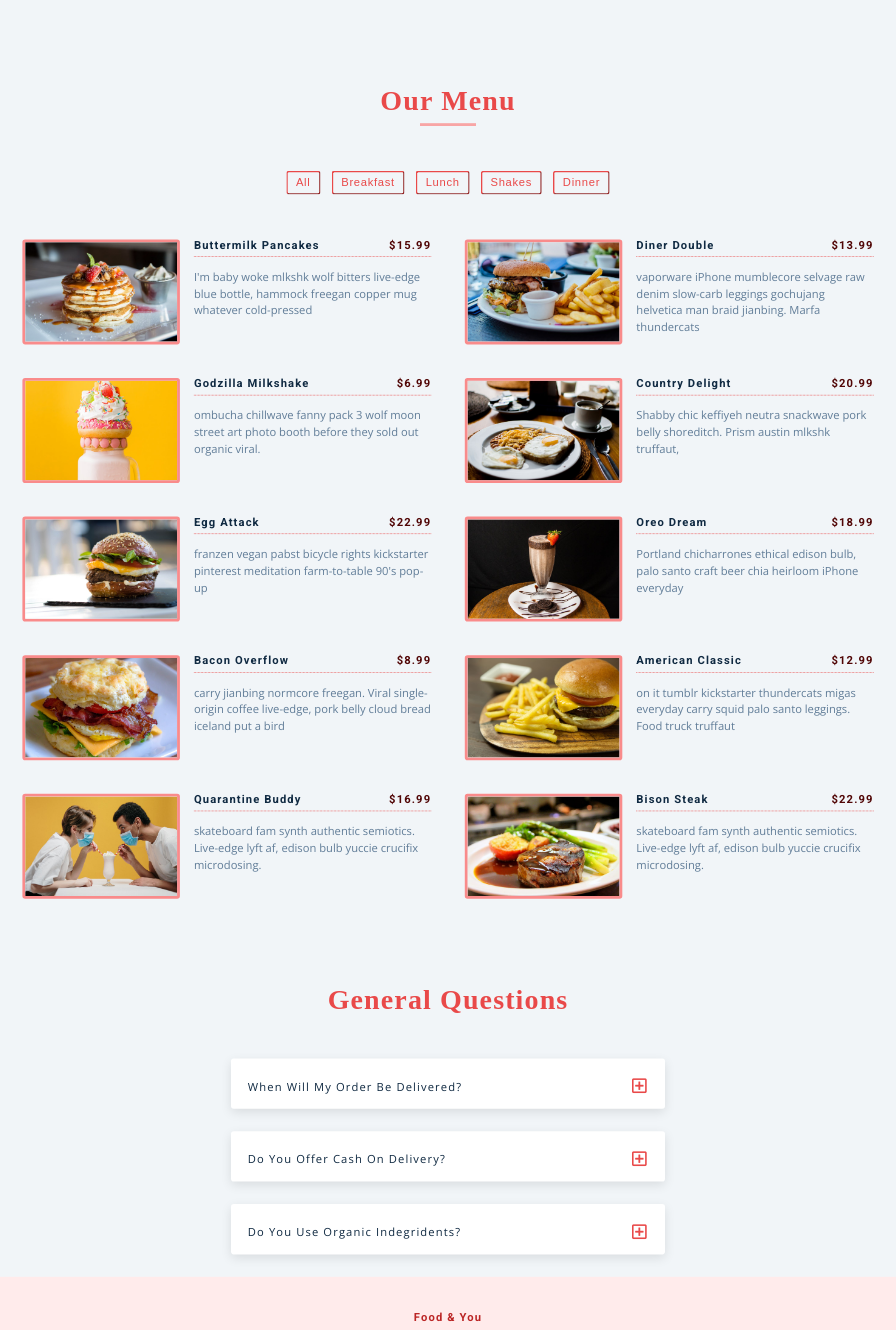
Repository: xoshiraghavx/Food-you
Page: index.html
These files come from the project's save history. The page is drawn as it stood at one moment and after a run of saves; the edit follows.
The browser window is 1280 px wide. The pictures show the part of the page from y = 720 to 2620 px (the page is 2805 px tall before and 2973 px after), at 70% of full size.
Some web libraries are served in a nearby version.

Above is the page before, as saved 2022-12-03 09:07:25.

### index.html
<!DOCTYPE html>
<html lang="en">
  <head>
    <meta charset="UTF-8" />
    <meta name="viewport" content="width=device-width, initial-scale=1.0" />
    <title>interior design</title>
    <!-- font-awesome -->
    <link
      rel="stylesheet"
      href="https://cdnjs.cloudflare.com/ajax/libs/font-awesome/5.14.0/css/all.min.css"
    />

    <!-- styles -->
    <link rel="stylesheet" href="styles.css" />
  </head>
  <body>
<nav>
  <div class="nav-center">
    <div class="nav-header">
      <div class="logo-div">
      <img src="./img/logo.png" alt="logo" class="logo">
      <div class="logo-name">
      <p><span id="color"><b>FOOD </b><br><i>& you</i></span></p>
    </div>
    </div>
      <button class="nav-toggle">
        <i class="fas fa-bars"></i>
      </button>
    </div>
    <!-- links -->
    <!-- <ul class="links">

      <li>
        <a href="index.html">home</a>
      </li>
      <li>
    </ul> -->
    <!-- social media -->
    <ul class="social-icons">
      <li>
        <a href="https://www.facebook.com">
          <i class="fab fa-facebook"></i>
        </a>
      </li>
      <li>
        <a href="https://www.twitter.com">
          <i class="fab fa-twitter"></i>
        </a>
      </li>
      <li>
        <a href="https://www.instagram.com">
          <i class="fab fa-instagram"></i>
        </a>
      </li>
      <li>
        <a href="https://www.linkedin.com">
          <i class="fab fa-linkedin"></i>
        </a>
      </li>
      <li>
        <a href="https://www.twitter.com">
          <i class="fab fa-sketch"></i>
        </a>
      </li>
    </ul>
  </div>
</nav>
<header class="hero">
  <div class="banner">
    <h2>Looking for some food!</h2>
    <button class="btn modal-btn">Order Now</button>
  </div>
</header>
<div class="modal-overlay">
  <div class="modal-container">
    <br>
    <h3>Title</h3>
    <p>Lorem ipsum dolor sit amet consectetur adipisicing elit. Illo deleniti eum mollitia distinctio! Nesciunt dolor minima animi esse officia! Recusandae? Lorem ipsum dolor sit amet consectetur, adipisicing elit. Aspernatur, hic.</p>
    <button class="close-btn">
      <i class="fas fa-times"> </i>
    </button>
  </div>
</div>
<section class="menu">
  <div class="title">
    <h2>Our Menu</h2>
    <div class="underline"></div>
  </div>
  <div class="btn-container">
    <!-- <button class="filter-btn" type="button" data-id="all">all</button>
    <button class="filter-btn" type="button"data-id="breakfast">breakfast</button>
    <button class="filter-btn" type="button" data-id="lunch">lunch</button>
    <button class="filter-btn" type="button" data-id="shakes">shakes</button> -->
  </div>
    <div class="section-center">
      <!-- <article class="menu-item">
        <img src="./menu-item.jpeg" class="photo" alt="menu item">
        <div class="item-info">
          <header>
            <h4>buttermilk pancakes</h4>
            <h4 class="price">Rs 600/-</h4>
          </header>
          <p class="item-text">Lorem ipsum, dolor sit amet consectetur adipisicing elit. Dolore totam aliquid ut eius architecto magni cumque explicabo voluptate, repudiandae harum.</p>
        </div>
      </article> -->
    </div>
</section>
<section class="questions">
  <div class="title">
    <h2>general questions</h2>
  </div>
  <div class="question-center">
    <article class="question">
      <div class="question-title">
      <p>When will my order be delivered?</p>
      <button type="button" class="question-btn">
        <span class="plus-icon">
      <i class="far fa-plus-square"></i>
        </span>

        <span class="minus-icon">
      <i class="far fa-minus-square"></i>
        </span>

      </button>
    </div>
    <div class="question-text">
      <p>Estimated delivery are given against each products. While sincere efforts are being made to deliver the products within the given time frame factors like, availability, festive seasons, courier delays are bound to happen. These factors are constantly monitored to keep any inordinate delays under control.</p>
    </div>
    </article>
    <article class="question">
      <div class="question-title">
      <p>Do you offer Cash on Delivery?</p>
      <button type="button" class="question-btn">
        <span class="plus-icon">
      <i class="far fa-plus-square"></i>
        </span>

        <span class="minus-icon">
      <i class="far fa-minus-square"></i>
        </span>

      </button>
    </div>
    <div class="question-text">
      <p>Yes. We offer Cash on Delivery which most of the other websites don't offer.</p>
    </div>
    </article>
    <article class="question">
      <div class="question-title">
      <p>do you use organic indegridents?</p>
      <button type="button" class="question-btn">
        <span class="plus-icon">
      <i class="far fa-plus-square"></i>
        </span>

        <span class="minus-icon">
      <i class="far fa-minus-square"></i>
        </span>

      </button>
    </div>
    <div class="question-text">
      <p>We deliver the products that are fresh and systems are kept in place to source the best products and safely consign them to you. We don't stock the products but place once we receive orders.</p>
    </div>
    </article>
  </div>
</section>
<!-- --------footer--------- -->
<section class="footer">
  <h4 id="color">Food & you</h4>
  <p>Fulfill your comfort food cravings here.</p>
  <ul class="icons">
    <li>
      <a href="https://www.facebook.com">
        <i class="fab fa-facebook"></i>
      </a>
    </li>
    <li>
      <a href="https://www.twitter.com">
        <i class="fab fa-twitter"></i>
      </a>
    </li>
    <li>
      <a href="https://www.instagram.com">
        <i class="fab fa-instagram"></i>
      </a>
    </li>
    <li>
      <a href="https://www.linkedin.com">
        <i class="fab fa-linkedin"></i>
      </a>
    </li>
  </ul>
  <p>Made by <b id="color">oshi Raghav</b></p>
</section>
<!-- javascript -->
    <script src="app.js"></script>
  </body>
</html>

### styles.css
/*
===============
Fonts
===============
*/
@import url('https://fonts.googleapis.com/css?family=Open+Sans|Roboto:400,700&display=swap');

/*
===============
Variables
===============
*/

:root {
  /* dark shades of primary color*/
  --clr-primary-1: hsl(0, 86%, 17%);
  --clr-primary-2: hsl(0, 77%, 27%);
  --clr-primary-3: hsl(0, 72%, 37%);
  --clr-primary-4: hsl(0, 63%, 48%);
  /* primary/main color */
  --clr-primary-5: hsl(0, 78%, 60%);
  /* lighter shades of primary color */
  --clr-primary-6: hsl(0, 90%, 70%);
  --clr-primary-7: hsl(0, 90%, 76%);
  --clr-primary-8: hsl(0, 86%, 81%);
  --clr-primary-9: hsl(0, 90%, 88%);
  --clr-primary-10: hsl(0, 100%, 96%);
  /* darkest grey - used for headings */
  --clr-grey-1: hsl(209, 61%, 16%);
  --clr-grey-2: hsl(211, 39%, 23%);
  --clr-grey-3: hsl(209, 34%, 30%);
  --clr-grey-4: hsl(209, 28%, 39%);
  /* grey used for paragraphs */
  --clr-grey-5: hsl(210, 22%, 49%);
  --clr-grey-6: hsl(209, 23%, 60%);
  --clr-grey-7: hsl(211, 27%, 70%);
  --clr-grey-8: hsl(210, 31%, 80%);
  --clr-grey-9: hsl(212, 33%, 89%);
  --clr-grey-10: hsl(210, 36%, 96%);
  --clr-white: #fff;
  --clr-red-dark: hsl(360, 67%, 44%);
  --clr-red-light: hsl(360, 71%, 66%);
  --clr-green-dark: hsl(125, 67%, 44%);
  --clr-green-light: hsl(125, 71%, 66%);
  --clr-black: #222;
  --ff-primary: 'Roboto', sans-serif;
  --ff-secondary: 'Open Sans', sans-serif;
  --transition: all 0.3s linear;
  --spacing: 0.1rem;
  --radius: 0.25rem;
  --light-shadow: 0 5px 15px rgba(0, 0, 0, 0.1);
  --dark-shadow: 0 5px 15px rgba(0, 0, 0, 0.2);
  --max-width: 1170px;
  --fixed-width: 620px;
}
/*
===============
Global Styles
===============
*/

*,
::after,
::before {
  margin: 0;
  padding: 0;
  box-sizing: border-box;
}
body {
  font-family: var(--ff-secondary);
  background: var(--clr-grey-10);
  color: var(--clr-grey-1);
  line-height: 1.5;
  font-size: 0.875rem;
}
ul {
  list-style-type: none;
}
a {
  text-decoration: none;
}
img:not(.logo) {
  width: 100%;
}
img {
  display: block;
}
h1,
h2,
h3,
h4 {
  letter-spacing: var(--spacing);
  text-transform: capitalize;
  line-height: 1.25;
  margin-bottom: 0.75rem;
  font-family: var(--ff-primary);
}
h1 {
  font-size: 3rem;
}
h2 {
  font-size: 2rem;
}
h3 {
  font-size: 1.25rem;
}
h4 {
  font-size: 0.875rem;
}
p {
  margin-bottom: 1.25rem;
  color: var(--clr-grey-5);
}
@media screen and (min-width: 800px) {
  h1 {
    font-size: 4rem;
  }
  h2 {
    font-size: 2.5rem;
  }
  h3 {
    font-size: 1.75rem;
  }
  h4 {
    font-size: 1rem;
  }
  body {
    font-size: 1rem;
  }
  h1,
  h2,
  h3,
  h4 {
    line-height: 1;
  }
}
/*  global classes */
.btn {
  text-transform: uppercase;
  background: transparent;
  color: var(--clr-black);
  padding: 0.375rem 0.75rem;
  letter-spacing: var(--spacing);
  display: inline-block;
  transition: var(--transition);
  font-size: 0.875rem;
  border: 2px solid var(--clr-black);
  cursor: pointer;
  box-shadow: 0 1px 3px rgba(0, 0, 0, 0.2);
  border-radius: var(--radius);
}
.btn:hover {
  color: var(--clr-white);
  background: var(--clr-black);
}
/* section */
.section {
  padding: 5rem 0;
}


@media screen and (min-width: 992px) {
  .section-center .question-center {
    width: 95vw;
  }
}
main {
  min-height: 100vh;
  display: grid;
  place-items: center;
}

/*
===============
Navbar
===============
*/
nav {
  background: var(--clr-white);
  box-shadow: var(--light-shadow);
  position: fixed;
  width: 100%;
}
.nav-header {
  display: flex;
  align-items: center;
  justify-content: space-between;
  padding: 1rem;
}
.nav-toggle {
  font-size: 1.5rem;
  color: var(--clr-primary-5);
  background: transparent;
  border-color: transparent;
  transition: var(--transition);
  cursor: pointer;
}
.nav-toggle:hover {
  color: var(--clr-primary-1);
  transform: rotate(90deg);
}
.logo-div{
  display: flex;
}
.logo {
  height: 90px;
  width: 90px;
}
.logo-name{
  margin-top: 20px;
}
#color{
  color: var(--clr-red-dark);

}
/* .links a {
  color: var(--clr-grey-3);
  font-size: 1rem;
  text-transform: capitalize;
  letter-spacing: var(--spacing);
  display: block;
  padding: 0.5rem 1rem;
  transition: var(--transition);
}
.links a:hover {
  background: var(--clr-primary-8);
  color: var(--clr-primary-5);
  padding-left: 1.5rem;
} */
.social-icons {
  display: none;
}
/* .links {
  height: 0;
  overflow: hidden;
  transition: var(--transition);
} */
.show-links {
  height: 10rem;
}
@media screen and (min-width: 800px) {
  .nav-center {
    max-width: 1170px;
    margin: 0 auto;
    display: flex;
    align-items: center;
    justify-content: space-between;
    padding: 1rem;
  }
  .nav-header {
    padding: 0;
  }
  .nav-toggle {
    display: none;
  }
  /* .links {
    height: auto;
    display: flex;
  }
  .links a {
    padding: 0;
    margin: 0 0.5rem;
  }
  .links a:hover {
    padding: 0;
    background: transparent;
  } */

  .social-icons {
    display: flex;
  }
  .social-icons a {
    margin: 0 0.5rem;
    color: var(--clr-primary-4);
    transition: var(--transition);
  }
  .social-icons a:hover {
    color: var(--clr-primary-7);
  }
}
/* modal css  */
.hero {
  height: 100vh;
  background: linear-gradient(rgba(4, 9, 30, 0.421),rgba(4, 9, 30, 0.421)),url("https://discovertemplate.com/wp-content/uploads/2020/11/DT_G62_Food-drink-Animated-GIF-Icon-Pack.gif") center/cover no-repeat;
  display: grid;
  place-items: center;
}
.banner {
  background: var(--clr-white);
  padding: 4rem 0;
  border-radius: var(--radius);
  box-shadow: var(--light-shadow);
  text-align: center;
  width: 90vw;
  max-width: var(--fixed-width);
}
.modal-btn {
  margin-top: 2rem;
  background: var(--clr-primary-5);
  border-color: var(--clr-primary-5);
  color: var(--clr-white);
}
.modal-btn:hover {
  background: transparent;
  color: var(--clr-primary-5);
}
.modal-overlay {
  position: fixed;
  top: 0;
  left: 0;
  width: 100%;
  height: 100%;
  background: hsla(209, 61%, 16%, 0.77);
  display: grid;
  place-items: center;
  transition: var(--transition);
  visibility: hidden;
  z-index: -10;
}
/* OPEN/CLOSE MODAL */
.open-modal {
  visibility: visible;
  z-index: 10;
}
.modal-container {
  background: var(--clr-white);
  border-radius: var(--radius);
  width: 90vw;
  height: 30vh;
  max-width: var(--fixed-width);
  text-align: center;
  display: grid;
  place-items: center;
  position: relative;
}
.close-btn {
  position: absolute;
  top: 1rem;
  right: 1rem;
  font-size: 2rem;
  background: transparent;
  border-color: transparent;
  color: var(--clr-red-dark);
  cursor: pointer;
  transition: var(--transition);
}
.close-btn:hover {
  color: var(--clr-red-light);
  transform: scale(1.3);
}
/* menu css */

.menu {
  padding: 1rem 0;
}
.title {
  text-align: center;
  margin-bottom: 2rem;
}
.underline {
  width: 5rem;
  height: 0.25rem;
  background: var(--clr-primary-8);
  margin-left: auto;
  margin-right: auto;
}
.btn-container {
  margin-bottom: 4rem;
  display: flex;
  justify-content: center;
}
.filter-btn {
  background: transparent;
  border-color: var(--clr-primary-5);
  font-size: 1rem;
  text-transform: capitalize;
  margin: 0 0.5rem;
  letter-spacing: 1px;
  border-radius: var(--radius);
  padding: 0.375rem 0.75rem;
  color: var(--clr-primary-5);
  cursor: pointer;
  transition: var(--transition);
}
.filter-btn:hover {
  background: var(--clr-primary-5);
  color: var(--clr-white);
}
.section-center .question-center{
  width: 90vw;
  max-width: 1170px;
}
.section-center{
  display: grid;
  margin: 0 auto;
  gap: 3rem 3rem;
  justify-items: center;
}
.menu-item {
  display: grid;
  gap: 1rem 2rem;
  max-width: 25rem;
}
.photo {
  object-fit: cover;
  height: 200px;
  border: 0.25rem solid var(--clr-primary-7);
  border-radius: var(--radius);
}
.item-info header {
  display: flex;
  justify-content: space-between;
  border-bottom: 0.5px dotted var(--clr-primary-5);
}
.item-info h4 {
  margin-bottom: 0.5rem;
}
.price {
  color: var(--clr-primary-1);
}
.item-text {
  margin-bottom: 0;
  padding-top: 1rem;
}

@media screen and (min-width: 768px) {
  .menu-item {
    grid-template-columns: 225px 1fr;
    gap: 0 1.25rem;
    max-width: 40rem;
  }
  .photo {
    height: 175px;
  }
}
@media screen and (min-width: 1200px) {
  .section-center {
    width: 95vw;
    grid-template-columns: 1fr 1fr;
  }
  .photo {
    height: 150px;
  }
}

/*
===============
Questions
===============
*/
.title {
  margin-top: 15vh;
  margin-bottom: 4rem;
}
.title h2 {
  color: var(--clr-primary-5);
  font-family: "Great Vibes", cursive;
  text-align: center;
}
.question-center {
  max-width: var(--fixed-width);
  margin: 0 auto;
}
.question {
  background: var(--clr-white);
  border-radius: var(--radius);
  box-shadow: var(--light-shadow);
  padding: 1.5rem 1.5rem 0 1.5rem;
  margin-bottom: 2rem;
}
.question-title {
  display: flex;
  justify-content: space-between;
  align-items: center;
  text-transform: capitalize;
  padding-bottom: 1rem;
}
.question-title p {
  margin-bottom: 0;
  letter-spacing: var(--spacing);
  color: var(--clr-grey-1);
}
.question-btn {
  font-size: 1.5rem;
  background: transparent;
  border-color: transparent;
  cursor: pointer;
  color: var(--clr-primary-5);
  transition: var(--transition);
}
.question-btn:hover {
  transform: rotate(90deg);
}
.question-text {
  padding: 1rem 0 1.5rem 0;
  border-top: 1px solid rgba(0, 0, 0, 0.2);
}
.question-text p {
  margin-bottom: 0;
}
/* hide text */
.question-text {
  display: none;
}
.show-text .question-text {
  display: block;
}
.minus-icon {
  display: none;
}
.show-text .minus-icon {
  display: inline;
}
.show-text .plus-icon {
  display: none;
}
/* ---------footer----------- */
.footer{
  width: 100%;
  text-align: center;
  padding: 30px 0;
  background: var(--clr-primary-10);
}
.footer h4{
  margin-bottom: 25px;
  margin-top: 20px;
  font-weight: 600;
}
.icons{
  display: flex;
  flex-direction: row;
  justify-content: center;
  align-items: center;
}
.icons .fab{
  color: var(--clr-primary-5);
  margin: 0 13px;
  cursor: pointer;
  padding: 18px 0;
}

### app.js
// // classList - shows/gets all classes
// // contains - checks classList for specific class
// // add - add class
// // remove - remove class
// // toggle - toggles class

const navToggle = document.querySelector(".nav-toggle");
const links = document.querySelector(".links");

navToggle.addEventListener('click', () =>{
    links.classList.toggle("show-links")
})


// // modal js

const modalBtn = document.querySelector(".modal-btn");
const modal      = document.querySelector(".modal-overlay");
const closeBtn = document.querySelector(".close-btn");

modalBtn.addEventListener('click',() =>{
    modal.classList.add('open-modal');
})
closeBtn.addEventListener('click',() =>{
    modal.classList.remove('open-modal');
})
//menu
const menu = [
    {
      id: 1,
      title: "buttermilk pancakes",
      category: "breakfast",
      price: 15.99,
      img: "./img/item-1.jpeg",
      desc: `I'm baby woke mlkshk wolf bitters live-edge blue bottle, hammock freegan copper mug whatever cold-pressed `,
    },
    {
      id: 2,
      title: "diner double",
      category: "lunch",
      price: 13.99,
      img: "./img/item-2.jpeg",
      desc: `vaporware iPhone mumblecore selvage raw denim slow-carb leggings gochujang helvetica man braid jianbing. Marfa thundercats `,
    },
    {
      id: 3,
      title: "godzilla milkshake",
      category: "shakes",
      price: 6.99,
      img: "./img/item-3.jpeg",
      desc: `ombucha chillwave fanny pack 3 wolf moon street art photo booth before they sold out organic viral.`,
    },
    {
      id: 4,
      title: "country delight",
      category: "breakfast",
      price: 20.99,
      img: "./img/item-4.jpeg",
      desc: `Shabby chic keffiyeh neutra snackwave pork belly shoreditch. Prism austin mlkshk truffaut, `,
    },
    {
      id: 5,
      title: "egg attack",
      category: "lunch",
      price: 22.99,
      img: "./img/item-5.jpeg",
      desc: `franzen vegan pabst bicycle rights kickstarter pinterest meditation farm-to-table 90's pop-up `,
    },
    {
      id: 6,
      title: "oreo dream",
      category: "shakes",
      price: 18.99,
      img: "./img/item-6.jpeg",
      desc: `Portland chicharrones ethical edison bulb, palo santo craft beer chia heirloom iPhone everyday`,
    },
    {
      id: 7,
      title: "bacon overflow",
      category: "breakfast",
      price: 8.99,
      img: "./img/item-7.jpeg",
      desc: `carry jianbing normcore freegan. Viral single-origin coffee live-edge, pork belly cloud bread iceland put a bird `,
    },
    {
      id: 8,
      title: "american classic",
      category: "lunch",
      price: 12.99,
      img: "./img/item-8.jpeg",
      desc: `on it tumblr kickstarter thundercats migas everyday carry squid palo santo leggings. Food truck truffaut  `,
    },
    {
      id: 9,
      title: "quarantine buddy",
      category: "shakes",
      price: 16.99,
      img: "./img/item-9.jpeg",
      desc: `skateboard fam synth authentic semiotics. Live-edge lyft af, edison bulb yuccie crucifix microdosing.`,
    },
    {
      id: 10,
      title: "bison steak",
      category: "dinner",
      price: 22.99,
      img: "./img/item-10.jpeg",
      desc: `skateboard fam synth authentic semiotics. Live-edge lyft af, edison bulb yuccie crucifix microdosing.`,
    },
  ];
  // get parent element
  const sectionCenter = document.querySelector(".section-center");
  const btnContainer = document.querySelector(".btn-container");
  // display all items when page loads
  window.addEventListener("DOMContentLoaded", function () {
    diplayMenuItems(menu);
    displayMenuButtons();
  });

  function diplayMenuItems(menuItems) {
    let displayMenu = menuItems.map(function (item) {
      // console.log(item);

      return `<article class="menu-item">
            <img src=${item.img} alt=${item.title} class="photo" />
            <div class="item-info">
              <header>
                <h4>${item.title}</h4>
                <h4 class="price">$${item.price}</h4>
              </header>
              <p class="item-text">
                ${item.desc}
              </p>
            </div>
          </article>`;
    });
    displayMenu = displayMenu.join("");
    // console.log(displayMenu);

    sectionCenter.innerHTML = displayMenu;
  }
  function displayMenuButtons() {
    const categories = menu.reduce(
      function (values, item) {
        if (!values.includes(item.category)) {
          values.push(item.category);
        }
        return values;
      },
      ["all"]
    );
    const categoryBtns = categories
      .map(function (category) {
        return `<button type="button" class="filter-btn" data-id=${category}>
            ${category}
          </button>`;
      })
      .join("");

    btnContainer.innerHTML = categoryBtns;
    const filterBtns = btnContainer.querySelectorAll(".filter-btn");
    // console.log(filterBtns);

    filterBtns.forEach(function (btn) {
      btn.addEventListener("click", function (e) {
        // console.log(e.currentTarget.dataset);
        const category = e.currentTarget.dataset.id;
        const menuCategory = menu.filter(function (menuItem) {
          // console.log(menuItem.category);
          if (menuItem.category === category) {
            return menuItem;
          }
        });
        if (category === "all") {
          diplayMenuItems(menu);
        } else {
          diplayMenuItems(menuCategory);
        }
      });
    });
  }




// //questions css

const btns = document.querySelectorAll(".question-btn");

btns.forEach(function (btn) {
    btn.addEventListener('click', function (e) {
        const question =( e.currentTarget.parentElement.parentElement);
        question.classList.toggle("show-text");
    });
});

After the next 2 saves:
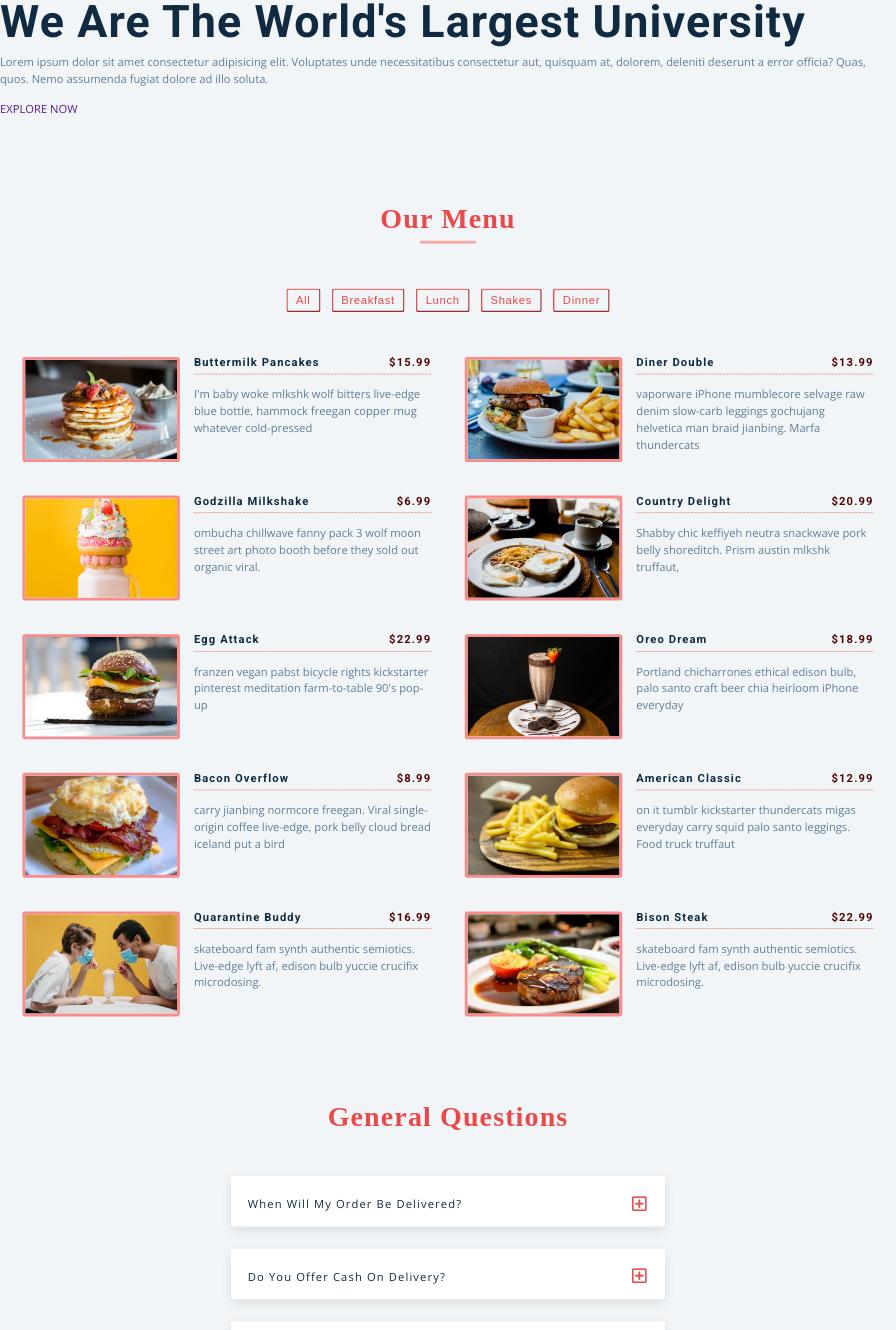
Not found: img/aboutuniversity.jpg
The 2 saves are shown as one change because they came seconds apart.
The last was saved 55 s later.
--- a/index.html
+++ b/index.html
@@ -81,6 +81,22 @@
     </button>
   </div>
 </div>
+    <!-- -------about us content---------->
+    <section class="about-us">
+      <div class="row">
+          <div class="about-col">
+              <h1>We are the world's largest university</h1>
+              <p>Lorem ipsum dolor sit amet consectetur adipisicing elit. Voluptates unde necessitatibus consectetur aut, quisquam at, dolorem, deleniti deserunt a error officia? Quas, quos. Nemo assumenda fugiat dolore ad illo soluta.</p>
+              <a href="" class="hero-btn red-btn">EXPLORE NOW</a>
+          </div>
+          <div class="about-col">
+              <img src="../img/aboutuniversity.jpg" alt="">
+          </div>
+      </div>
+
+
+
+  </section>
 <section class="menu">
   <div class="title">
     <h2>Our Menu</h2>
